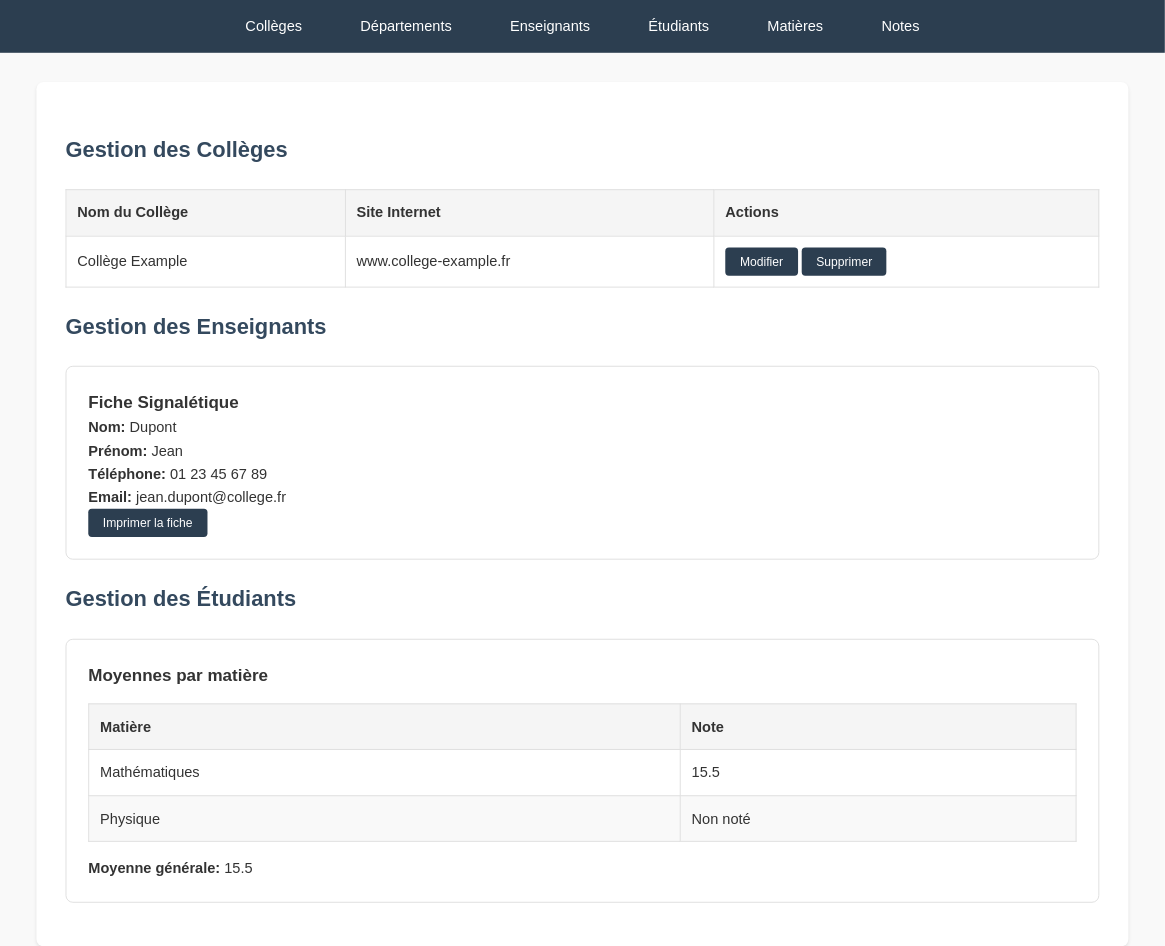
Repository: Ishimw3/college-management
Page: college-management-system.html
The author's editor kept a copy of each file at every save. The page is drawn from the files as they stood at one save, then again after the next save.
The browser window is 1280 px wide. The pictures show the whole page, at 91% of full size.

Above is the page before, as saved 2025-02-24 19:16:41.

After the next save:
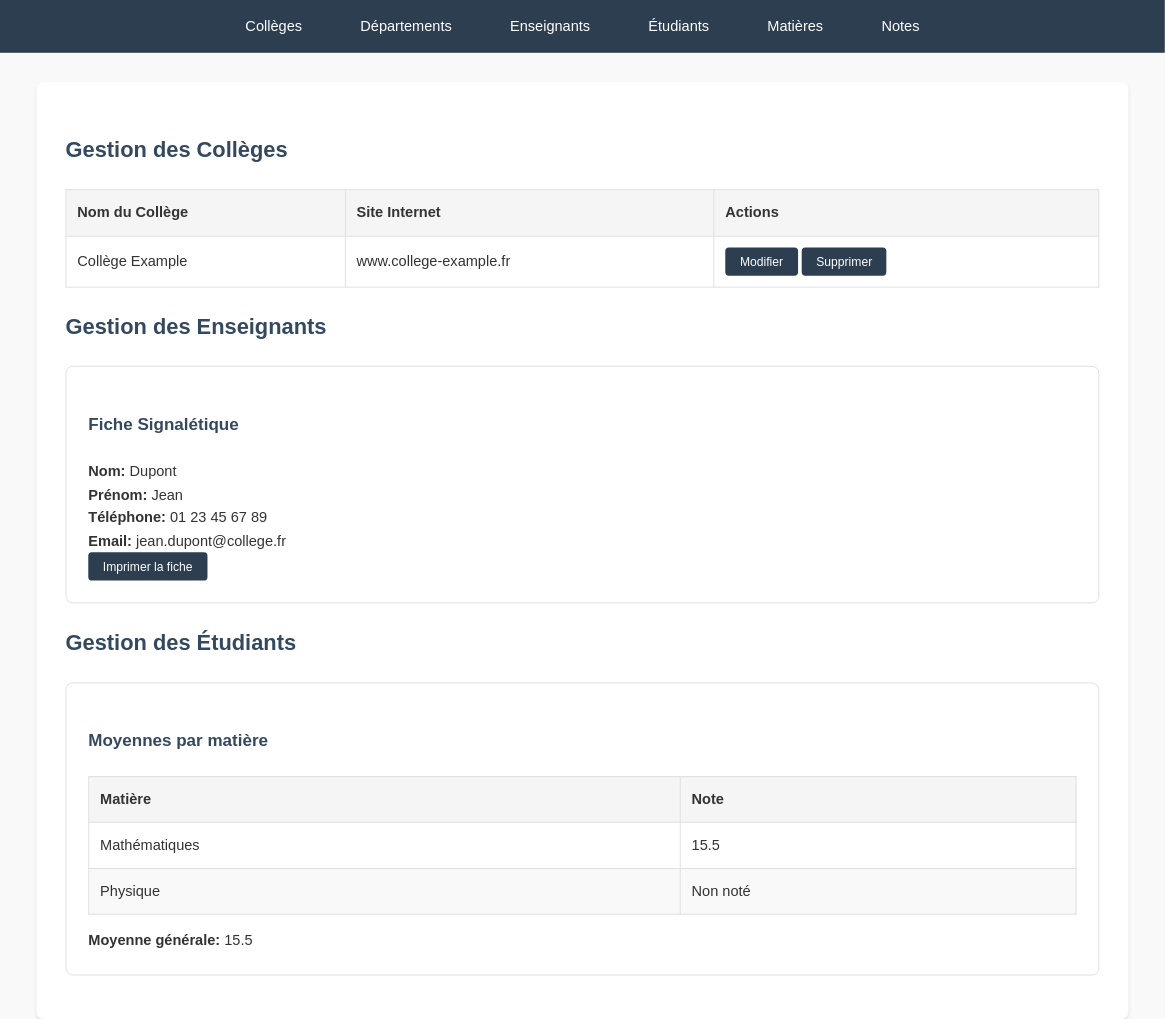
Saved 7 s later.
--- a/college-styles.css
+++ b/college-styles.css
@@ -57,7 +57,7 @@ h1 {
     color: #2c3e50;
 }
 
-h2 {
+h2, h3 {
     margin: 1.5rem 0;
     color: #34495e;
 }
